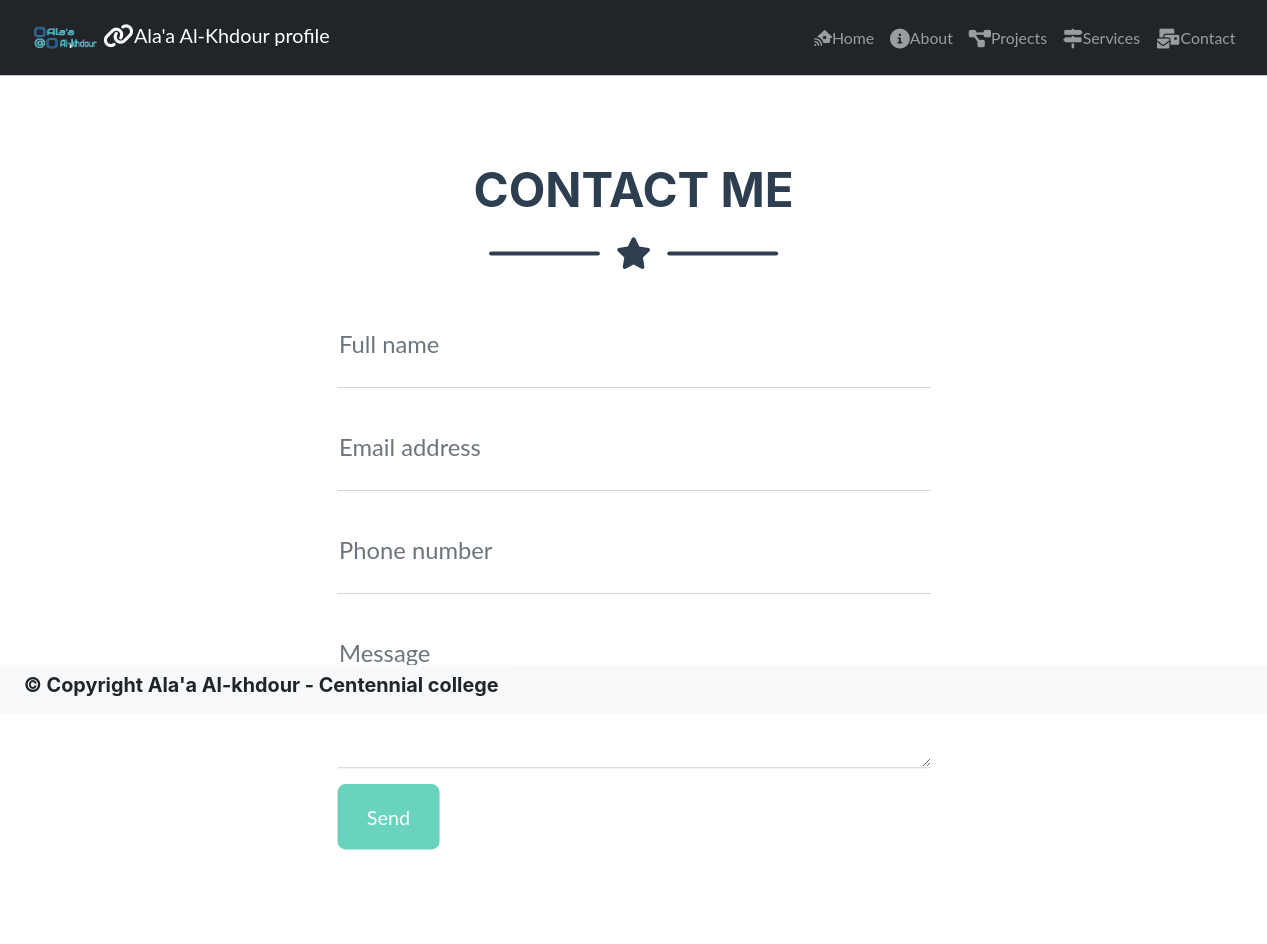
Repository: alaakhdour/heroukulivesite-section1
Page: http://localhost/contact
These files come from the project's save history. The page is drawn as it stood at one moment and after the next save; the edit follows.
The browser window is 1280 px wide. The pictures show the whole page, at 99% of full size.
The page is served by the project's Node server (server.js). Other server files are loaded and not shown.

Above is the page before, as saved 2022-06-18 02:16:43.

### Server/Views/index.ejs

<!DOCTYPE html>
<html lang="en">
<head>
    <meta charset="UTF-8">
    <meta http-equiv="X-UA-Compatible" content="IE=edge">
    <meta name="viewport" content="width=device-width, initial-scale=1.0">
    <title><%= title %></title>
    <!-- CSS Section -->
    <link rel="stylesheet" href="./bootstrap/dist/css/bootstrap.min.css">
    <link rel="stylesheet" href="./@fortawsome/fontawesome-free/css/all.min.css">
    <link rel="stylesheet" href="./Content/app.css">
    <link rel="stylesheet" href="./Content/styles.css">
</head>
<body>
    <!-- Main Navigation Section -->
    <header>
        <%- include('./components/header.ejs'); %>
    </header>

    <!-- Content Section-->
    <main>
        <%- include('content/' + page + '.ejs'); %>

    </main>

    <!-- Site-wide footer-->
    <footer>
        <%- include('components/footer.ejs'); %>
    </footer>

    <!-- JavaScript Section -->
    <script src="./jquery/dist/jquery.min.js"></script>
    <script src="./bootstrap/dist/js/bootstrap.min.js"></script>
    <script src="./@fortawesome/fontawesome-free/js/all.min.js"></script>
    <script src="./Scripts/app.js"></script>
    <script src="./Scripts/scripts.js"></script>
</body>
</html>

### Server/Views/components/header.ejs
<nav class="navbar navbar-expand-lg navbar-dark bg-dark">
    <div class="container-fluid">
      <a class="navbar-brand" href="/"> <img src="./Assets/images/logo.png" alt="" width="80" height="50"><i class="fa-solid fa-link fa-lg"></i>Ala'a Al-Khdour profile</a>
      <button class="navbar-toggler" type="button" data-bs-toggle="collapse" data-bs-target="#navbarSupportedContent" aria-controls="navbarSupportedContent" aria-expanded="false" aria-label="Toggle navigation">
        <span class="navbar-toggler-icon"></span>
      </button>
      <div class="collapse navbar-collapse" id="navbarSupportedContent">
        <ul class="navbar-nav ms-auto mb-2 mb-lg-0">
          <li class="nav-item">
            <a class="nav-link" aria-current="page" href="/home"><i class="fa-solid fa-house-signal"></i>Home</a>
          </li>

          <li class="nav-item">
            <a class="nav-link" aria-current="page" href="/about"><i class="fa-solid fa-circle-info fa-lg"></i>About</a>
          </li>

          <li class="nav-item">
            <a class="nav-link" aria-current="page" href="/projects"><i class="fa-solid fa-diagram-project fa-lg"></i>Projects</a>
          </li>

          <li class="nav-item">
            <a class="nav-link" aria-current="page" href="/services"><i class="fa-solid fa-signs-post fa-lg"></i>Services</a>
          </li>

          <li class="nav-item">
            <a class="nav-link" aria-current="page" href="/contact"><i class="fa-solid fa-envelopes-bulk fa-lg"></i>Contact </a>
          </li>


        </ul>
      </div>
    </div>
  </nav>

### Server/Views/content/contact.ejs
<div class="container">
    <section class="page-section" id="contact">
        <div class="container">
            <!-- Contact Section Heading-->
            <h2 class="page-section-heading text-center text-uppercase text-secondary mb-0">Contact Me</h2>
            <!-- Icon Divider-->
            <div class="divider-custom">
                <div class="divider-custom-line"></div>
                <div class="divider-custom-icon"><i class="fas fa-star"></i></div>
                <div class="divider-custom-line"></div>
            </div>
            <!-- Contact Section Form-->
            <div class="row justify-content-center">
                <div class="col-lg-8 col-xl-7">

                    <form id="contactForm" data-sb-form-api-token="API_TOKEN">
                        <!-- Name input-->
                        <div class="form-floating mb-3">
                            <input class="form-control" id="name" type="text" placeholder="Enter your name..." data-sb-validations="required" />
                            <label for="name">Full name</label>
                            <div class="invalid-feedback" data-sb-feedback="name:required">A name is required.</div>
                        </div>
                        <!-- Email address input-->
                        <div class="form-floating mb-3">
                            <input class="form-control" id="email" type="email" placeholder="name@example.com" data-sb-validations="required,email" />
                            <label for="email">Email address</label>
                            <div class="invalid-feedback" data-sb-feedback="email:required">An email is required.</div>
                            <div class="invalid-feedback" data-sb-feedback="email:email">Email is not valid.</div>
                        </div>
                        <!-- Phone number input-->
                        <div class="form-floating mb-3">
                            <input class="form-control" id="phone" type="tel" placeholder="(123) 456-7890" data-sb-validations="required" />
                            <label for="phone">Phone number</label>
                            <div class="invalid-feedback" data-sb-feedback="phone:required">A phone number is required.</div>
                        </div>
                        <!-- Message input-->
                        <div class="form-floating mb-3">
                            <textarea class="form-control" id="message" type="text" placeholder="Enter your message here..." style="height: 10rem" data-sb-validations="required"></textarea>
                            <label for="message">Message</label>
                            <div class="invalid-feedback" data-sb-feedback="message:required">A message is required.</div>
                        </div>
                        <div class="d-none" id="submitSuccessMessage">
                            <div class="text-center mb-3">
                                <div class="fw-bolder">Form submission successful!</div>
                                To activate this form, sign up at
                                <br />
                                <a href="https://startbootstrap.com/solution/contact-forms">https://startbootstrap.com/solution/contact-forms</a>
                            </div>
                        </div>
                        <!-- Submit error message-->

                        <div class="d-none" id="submitErrorMessage"><div class="text-center text-danger mb-3">Error sending message!</div></div>
                        <!-- Submit Button-->
                        <button class="btn btn-primary btn-xl disabled" id="submitButton" type="submit">Send</button>
                    </form>
                </div>
            </div>
        </div>
    </section>
</div>

### Server/Views/components/footer.ejs
<nav class="navbar fixed-bottom bg-light">
    <div class="container-fluid">
      <h5 id="copyright">&copy; Copyright Ala'a Al-khdour - Centennial college</h5>
    </div>
  </nav>

### server.js
"use strict";
var __importDefault = (this && this.__importDefault) || function (mod) {
    return (mod && mod.__esModule) ? mod : { "default": mod };
};
Object.defineProperty(exports, "__esModule", { value: true });
const app_1 = __importDefault(require("./Server/Config/app"));
const debug_1 = __importDefault(require("debug"));
(0, debug_1.default)('week4:server');
const http_1 = __importDefault(require("http"));
const port = normalizePort(process.env.PORT || '3000');
app_1.default.set('port', port);
const server = http_1.default.createServer(app_1.default);
server.listen(port);
server.on('error', onError);
server.on('listening', onListening);
function normalizePort(val) {
    let port = parseInt(val, 10);
    if (isNaN(port)) {
        return val;
    }
    if (port >= 0) {
        return port;
    }
    return false;
}
function onError(error) {
    if (error.syscall !== 'listen') {
        throw error;
    }
    let bind = typeof port === 'string'
        ? 'Pipe ' + port
        : 'Port ' + port;
    switch (error.code) {
        case 'EACCES':
            console.error(bind + ' requires elevated privileges');
            process.exit(1);
            break;
        case 'EADDRINUSE':
            console.error(bind + ' is already in use');
            process.exit(1);
            break;
        default:
            throw error;
    }
}
function onListening() {
    let addr = server.address();
    let bind = 'pipe ' + addr;
    (0, debug_1.default)('Listening on ' + bind);
}
//# sourceMappingURL=server.js.map

### Server/Routes/index.js
"use strict";
var __importDefault = (this && this.__importDefault) || function (mod) {
    return (mod && mod.__esModule) ? mod : { "default": mod };
};
Object.defineProperty(exports, "__esModule", { value: true });
const express_1 = __importDefault(require("express"));
const router = express_1.default.Router();
router.get('/', function (req, res, next) {
    res.render('index', { title: 'Home', page: 'home' });
});
router.get('/home', function (req, res, next) {
    res.render('index', { title: 'Home', page: 'home' });
});
router.get('/about', function (req, res, next) {
    res.render('index', { title: 'About Us', page: 'about' });
});
router.get('/projects', function (req, res, next) {
    res.render('index', { title: 'My Projects', page: 'projects' });
});
router.get('/services', function (req, res, next) {
    res.render('index', { title: 'My services', page: 'services' });
});
router.get('/contact', function (req, res, next) {
    res.render('index', { title: 'contact us', page: 'contact' });
});

router.get('/contactForm', function (req, res, next) {
    res.render('index', { title: 'Home', page: 'home' });
});

exports.default = router;
//# sourceMappingURL=index.js.map

### Client/data/data.json
{
    "FullName": "AlaaAlkhdour",
    "ContactNumber": "999999999999",
    "EmailAddress": "ala@example.com"
}

### content/app.css
h1
{
    font-size: 70px;
    font-family: Verdana, Geneva, Tahoma, sans-serif;
}

### scripts/app.js
//IIFE
(function()
{

    function Start()
    {
        console.log("App Started!");

        // use AJAX to read JSON file

        // Step 1: Create a new XHR object
        let XHR = new XMLHttpRequest();

        // Step 2: Create the request
        XHR.open("GET", "../data/data.json");

        // Step 3: Send the request
        XHR.send();

        // Step 4: create an event listener/handler
        XHR.addEventListener("readystatechange", function()
        {
            if(XHR.readyState == 4 && XHR.status == 200)
            {
                console.log("JSON Data:");
                console.log("===========");
                console.log(XHR.responseText);
            }
        });
    }

    window.addEventListener("load", Start);

})();

### Client/scripts/scripts.js
/*!
* Start Bootstrap - Freelancer v7.0.6 (https://startbootstrap.com/theme/freelancer)
* Copyright 2013-2022 Start Bootstrap
* Licensed under MIT (https://github.com/StartBootstrap/startbootstrap-freelancer/blob/master/LICENSE)
*/
//
// Scripts
//

window.addEventListener('DOMContentLoaded', event => {

    // Navbar shrink function
    var navbarShrink = function () {
        const navbarCollapsible = document.body.querySelector('#mainNav');
        if (!navbarCollapsible) {
            return;
        }
        if (window.scrollY === 0) {
            navbarCollapsible.classList.remove('navbar-shrink')
        } else {
            navbarCollapsible.classList.add('navbar-shrink')
        }

    };

    // Shrink the navbar
    navbarShrink();

    // Shrink the navbar when page is scrolled
    document.addEventListener('scroll', navbarShrink);

    // Activate Bootstrap scrollspy on the main nav element
    const mainNav = document.body.querySelector('#mainNav');
    if (mainNav) {
        new bootstrap.ScrollSpy(document.body, {
            target: '#mainNav',
            offset: 72,
        });
    };

    // Collapse responsive navbar when toggler is visible
    const navbarToggler = document.body.querySelector('.navbar-toggler');
    const responsiveNavItems = [].slice.call(
        document.querySelectorAll('#navbarResponsive .nav-link')
    );
    responsiveNavItems.map(function (responsiveNavItem) {
        responsiveNavItem.addEventListener('click', () => {
            if (window.getComputedStyle(navbarToggler).display !== 'none') {
                navbarToggler.click();
            }
        });
    });

});

Loaded but not shown: Client/content/styles.css (library)

After the next save:
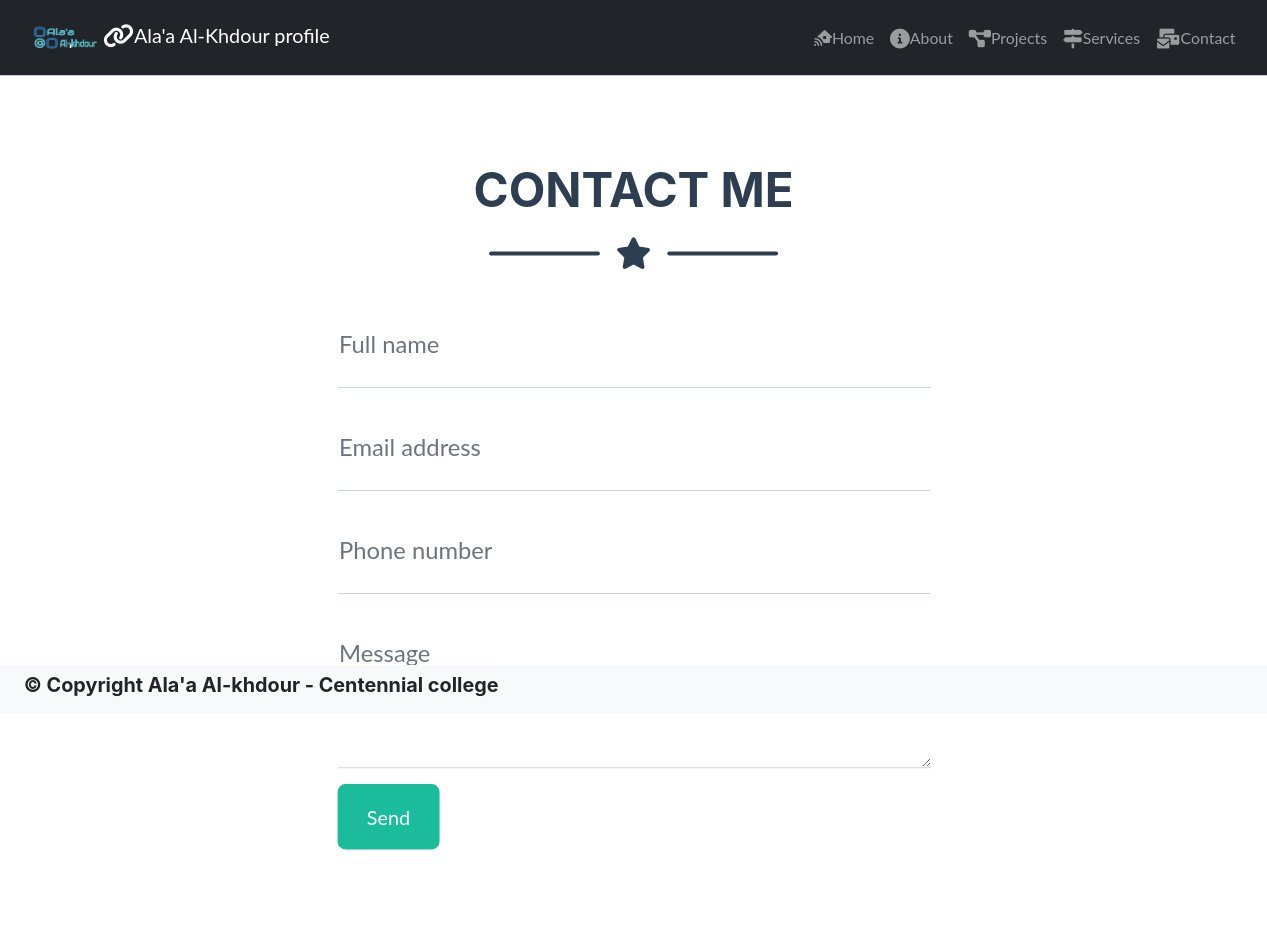
Saved 4 min 22 s later.
--- a/Server/Views/content/contact.ejs
+++ b/Server/Views/content/contact.ejs
@@ -51,7 +51,7 @@
 
                         <div class="d-none" id="submitErrorMessage"><div class="text-center text-danger mb-3">Error sending message!</div></div>
                         <!-- Submit Button-->
-                        <button class="btn btn-primary btn-xl disabled" id="submitButton" type="submit">Send</button>
+                        <button class="btn btn-primary btn-xl " id="submitButton" type="submit">Send</button>
                     </form>
                 </div>
             </div>
